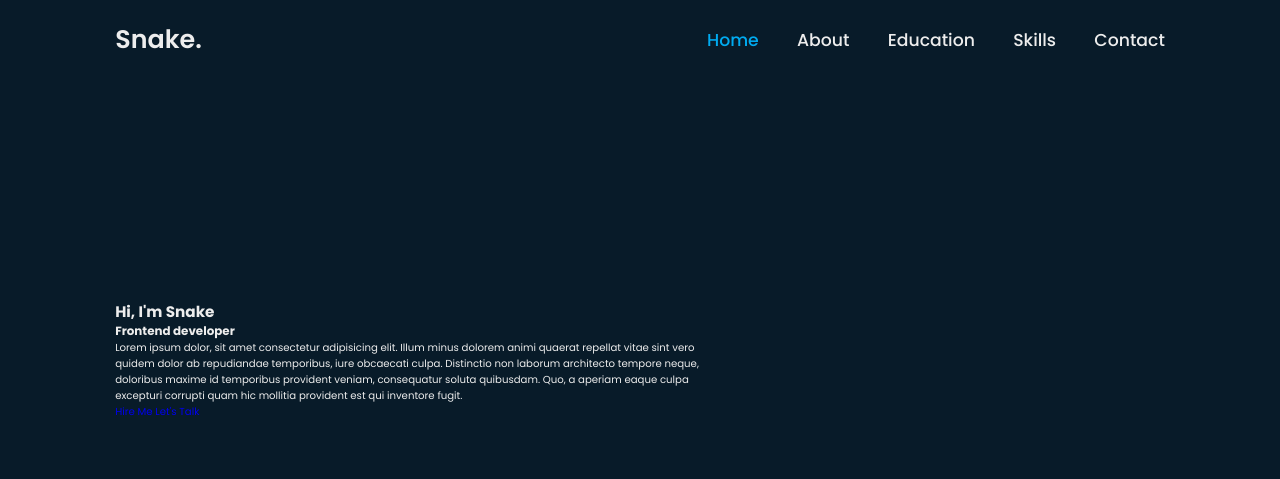
Repository: Tanty102/About_Me
Page: index.html
The author's editor kept a copy of each file at every save. The page is drawn from the files as they stood at one save, then again after a run of saves.
The browser window is 1280 px wide. The pictures show the whole page.

Above is the page before, as saved 2023-09-12 16:36:59.

### index.html
<!DOCTYPE html>
<html lang="en">
  <head>
    <meta charset="UTF-8" />
    <meta name="viewport" content="width=device-width, initial-scale=1.0" />
    <link rel="stylesheet" href="style.css" />
    <title>CV Snake</title>
  </head>

  <!-- box icons -->
  <link href='https://unpkg.com/boxicons@2.1.4/css/boxicons.min.css' rel='stylesheet'>
  <body>
    <!-- Header design -->
    <header class="header">
      <a href="#" class="logo">Snake.</a>

      <div class="bx bx-menu" id="menu-icon"></div>

      <nav class="navbar">
        <a href="#home" class="active">Home</a>
        <a href="#about">About</a>
        <a href="#education">Education</a>
        <a href="#skills">Skills</a>
        <a href="#contact">Contact</a>
      </nav>
    </header>

    <!-- home section design -->
    <section class="home" id="home">
      <div class="home-content">
        <h1>Hi, I'm <span>Snake</span></h1>
        <div class="text-animate">
          <h3>Frontend developer</h3>
        </div>
        <p>Lorem ipsum dolor, sit amet consectetur adipisicing elit. Illum minus dolorem animi quaerat repellat vitae sint vero quidem dolor ab repudiandae temporibus, iure obcaecati culpa. Distinctio non laborum architecto tempore neque, doloribus maxime id temporibus provident veniam, consequatur soluta quibusdam. Quo, a aperiam eaque culpa excepturi corrupti quam hic mollitia provident est qui inventore fugit.</p>

        <div class="btn-box">
          <a href="#" class="btn">Hire Me</a>
          <a href="#" class="btn">Let's Talk</a>
        </div>
      </div>
    </section>

    <script src="main.js"></script>
  </body>
</html>

### style.css
@import url("https://fonts.googleapis.com/css2?family=Poppins:wght@300;400;500;600;700;800;900&display=swap");

* {
  margin: 0;
  padding: 0;
  box-sizing: border-box;
  text-decoration: none;
  border: none;
  outline: none;
  scroll-behavior: smooth;
  font-family: "Poppins", sans-serif;
}

:root {
  --bg-color: #081b29;
  --second-bg-color: #112e42;
  --text-color: #ededed;
  --main-color: #00abf0;
}

html {
  font-size: 63.5%;
  overflow-x: hidden;
}

body {
  background: var(--bg-color);
  color: var(--text-color);
}

.header {
  position: fixed;
  top: 0;
  left: 0;
  width: 100%;
  padding: 2rem 9%;
  background: transparent;
  display: flex;
  justify-content: space-between;
  align-items: center;
  z-index: 100;
}

.logo {
  font-size: 2.5rem;
  color: var(--text-color);
  font-weight: 600;
}

.navbar a {
  font-size: 1.7rem;
  color: var(--text-color);
  font-weight: 500;
  margin-left: 3.5rem;
  transition: 0.3s;
}

.navbar a:hover,
.navbar a.active{
  color: var(--main-color);
}

#menu-icon {
  font-size: 3.6rem;
  color: var(--text-color);
  cursor: pointer;
  display: none;
}

section {
  min-height: 100vh;
  padding: 10rem 9% 2rem;
}

.home {
  display: flex;
  align-items: center;
  padding: 0 9%;
}

.home-content {
  max-width: 60rem;
}

.home-content h1 {

}

.text-animate {

}

Loaded but not shown: main.js (no copy from this time; the picture is the same without it)

After the next 10 saves:
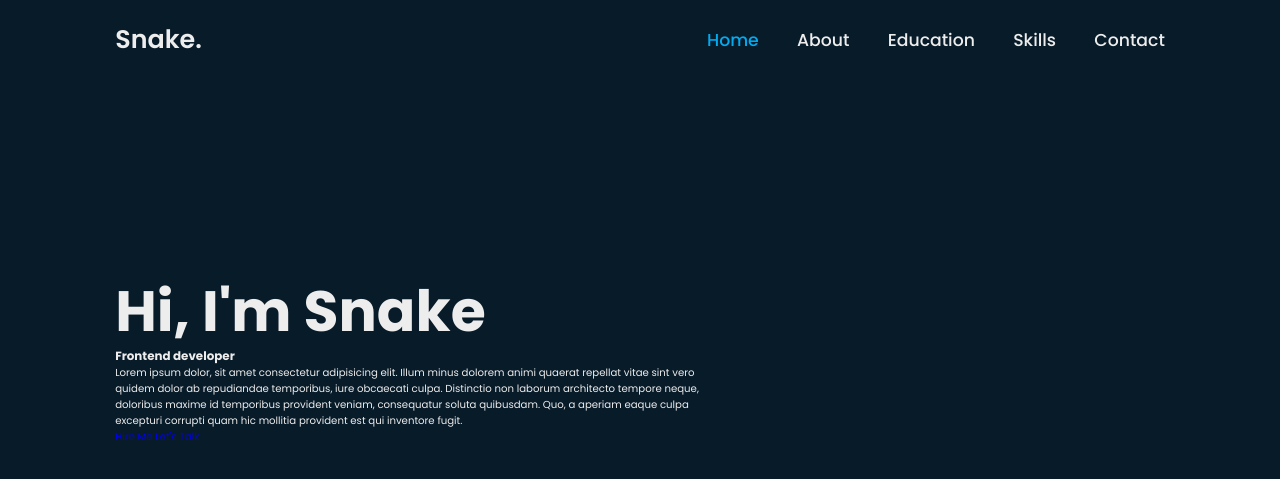
The 10 saves are shown as one change because they came seconds apart.
The last was saved 34 s later.
--- a/style.css
+++ b/style.css
@@ -83,7 +83,9 @@ section {
 }
 
 .home-content h1 {
-
+  font-size: 5.6rem;
+  font-weight: 700;
+  line-height: 1.3;
 }
 
 .text-animate {
